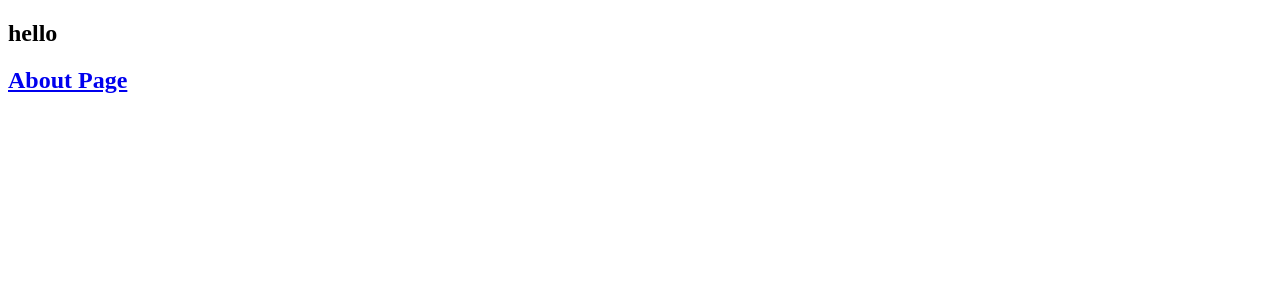
Repository: sierralaurent/MDIA2109-Assignment01
Page: /
These files come from the project's save history. The page is drawn as it stood at one moment and after the next save; the edit follows.
The browser window is 1280 px wide. The pictures show the whole page.
The project was rebuilt for these pictures with package versions that can differ from the ones it lists, and the page was loaded fresh each time. The framework's server and built-in components were replaced by stand-ins that run in the browser. Also part of the build but not shown: next.config.js, styles/Home.module.css.

Above is the page before, as saved 2023-01-31 09:36:35.

After the next save:
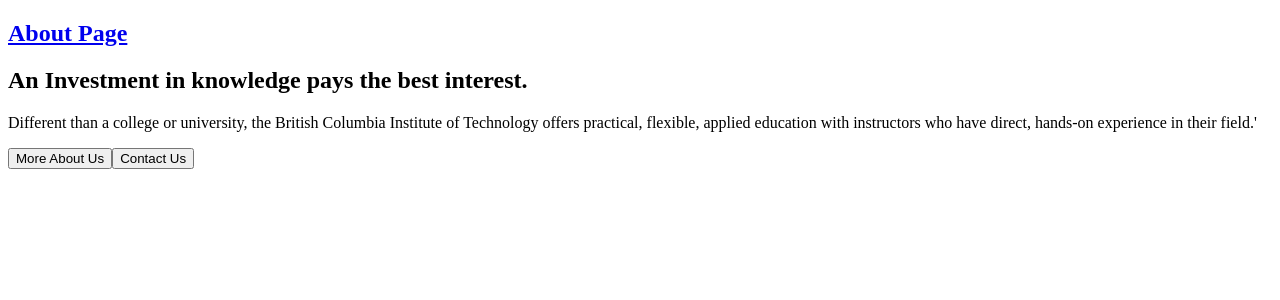
Saved 6 min 28 s later.
--- a/pages/index.js
+++ b/pages/index.js
@@ -8,11 +8,25 @@ const inter = Inter({ subsets: ['latin'] })
 
 export default function Home() {
   return (
+    <>
     <nav>
-      <h1>hello</h1>
-      <Link href="/about">
+      <Head>
+        <title>Home</title>
+        <meta name="author" content="MDIA 2109" />
+        <meta property="og:title" content="Assignment #1 - Home Page" />
+        <meta property="og:description" content="BCIT Digital Design and Development Diploma" />
+        <link rel="icon" href="/favicon.png" />
+        </Head>
+        <main>
+        <Link href="/about">
           <h2>About Page</h2>
         </Link>
+        <h1>An Investment in knowledge pays the best interest.</h1>
+        <p>Different than a college or university, the British Columbia Institute of Technology offers practical, flexible, applied education with instructors who have direct, hands-on experience in their field.'</p>
+        <a><button>More About Us</button></a>
+        <a><button>Contact Us</button></a>
+        </main>
     </nav>
+    </>
   )
 }
